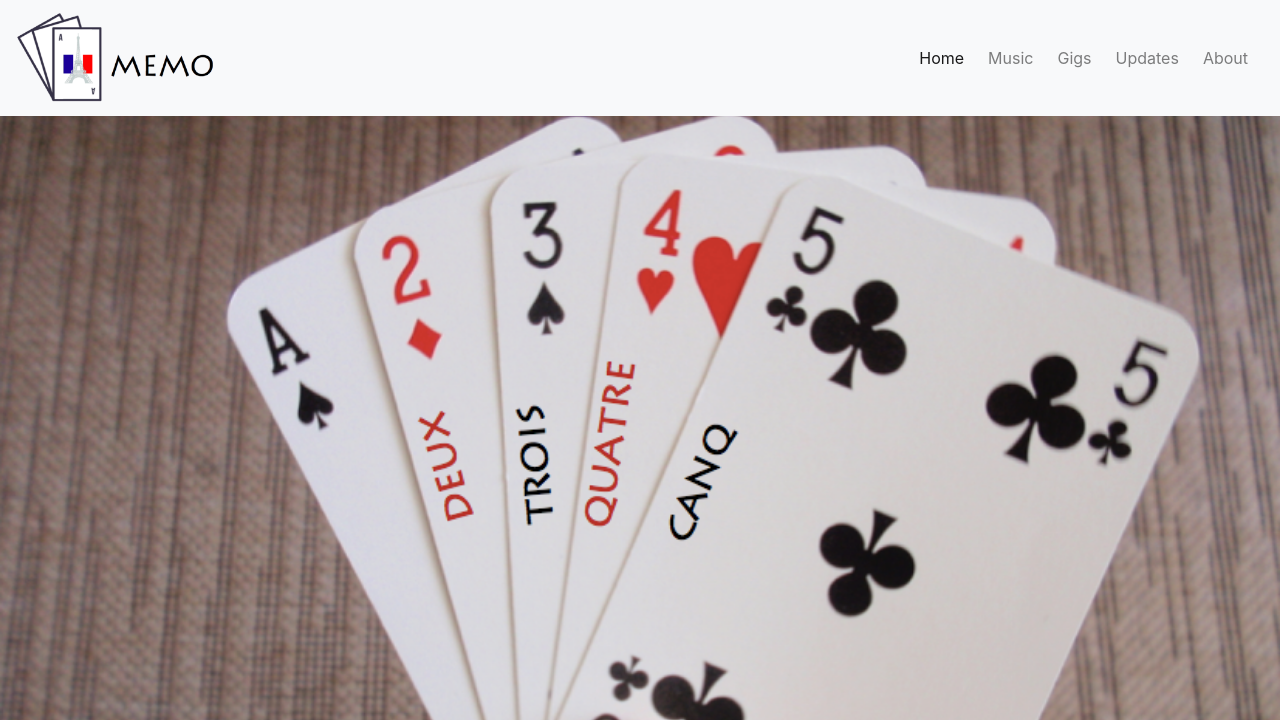
Repository: farahroslend/memofrancais
Page: landingPage.html
The author's editor kept a record of every edit. The page is drawn from the files as they stood at one moment, then again after the next edit.
The browser window is 1280 px wide. The pictures show the whole page.
Backgrounds fixed to the window are drawn as part of the page.

Above is the page before.
Not found: css/styler.css

### landingPage.html
<!DOCTYPE html>
<html lang="en">

<head>
    <meta charset="UTF-8">
    <meta name="viewport" content="width=device-width, initial-scale=1.0">
    <meta http-equiv="X-UA-Compatible" content="ie=edge">
    <link rel="stylesheet" href="https://maxcdn.bootstrapcdn.com/bootstrap/4.1.3/css/bootstrap.min.css">

    <!-- Add icon library -->
    <link rel="stylesheet" href="https://cdnjs.cloudflare.com/ajax/libs/font-awesome/4.7.0/css/font-awesome.min.css">
    <link href="https://fonts.googleapis.com/css?family=Anton|Dancing+Script|Luckiest+Guy&display=swap" rel="stylesheet">
    <link rel="stylesheet" href="https://maxcdn.bootstrapcdn.com/font-awesome/4.7.0/css/font-awesome.min.css">
    <link rel="stylesheet" href="css/styler.css" type="text/css">


    <style type="text/css">
        .bgimg {
            background-image: url('./visuals/lpPic1.png');
            height: 100vh;
            width: 100%;
            background: url('./visuals/lpPic1.png') no-repeat center center fixed;
            background-position-y: 55px;
            background-position-x: 0px;
            -webkit-background-size: cover;
            -moz-background-size: cover;
            -o-background-size: cover;
            background-size: cover;

            display: flex;
            align-items: center;
            justify-content: center;

            position: relative;
        }

        .navbar {
            width: 100vw;
            position: fixed;
            z-index: 2;

        }
    </style>

    <title>MEMO</title>
</head>

<body>
    <!---------------------------------------------------------------------- Nav bar -->
    <nav class="navbar navbar-light navbar-expand-sm bg-light navfixed">
        <!-- <a href="/" class="navbar-brand">Whiskey Drop</a> -->
        <a href="index.html" class="navbar-brand"><img src="./visuals/memologo5.png" alt="" height="90"></a>
        <button class="navbar-toggler ml-2" type="button" data-toggle="collapse" data-target="#navbarNavDropdown" aria-controls="navbarNavDropdown" aria-expanded="false" aria-label="Toggle navigation">
            <span class="navbar-toggler-icon"></span></button>
        <div class="collapse navbar-collapse" id="navbarNavDropdown">
            <ul class="navbar-nav ml-auto">
                <li class="active nav-item mr-2"><a class="nav-link" href="index.html">Home</a></li>
                <li class="nav-item mr-2"><a class="nav-link" href="#music">Music</a></li>
                <li class="nav-item mr-2"><a class="nav-link" href="#gigs">Gigs</a></li>
                <li class="nav-item mr-2"><a class="nav-link" href="#bottom">Updates</a></li>
                <li class="nav-item mr-2"><a class="nav-link" href="about.html">About</a></li>
                <!-- <li class="nav-item mr-2 d-block d-sm-none"><a class="nav-link" href="">Sign In / Sign Up</a></li> -->
            </ul>
        </div>
    </nav>

    <!---------------------------------------------------------------------- Callout -->
    <div class="container-fluid callout-container bgimg">
        <div class="opaque-overlay">&nbsp;</div>
    </div>

    <!---------------------------------------------------------------------- /.callout -->

</body>

</html>

### styler.css
.callout-container {

    height: 100vh;
    width: 100%;
    background: url('./visuals/lpPic1.png') no-repeat center center fixed;
    background-position-y: 56px;
    background-position-x: 0px;
    -webkit-background-size: cover;
    -moz-background-size: cover;
    -o-background-size: cover;
    background-size: cover;

    display: flex;
    align-items: center;
    justify-content: center;

    position: relative;
}

.example{
	background-image: url('../visuals/lpPic1.png');
	background-position:center;
	background-repeat:no-repeat;
	background-size:cover;
	height:200px;
	width:200px;
}

.navbar {
            width: 100vw;
            position: fixed;
            z-index: 2;
        }

After the next edit:
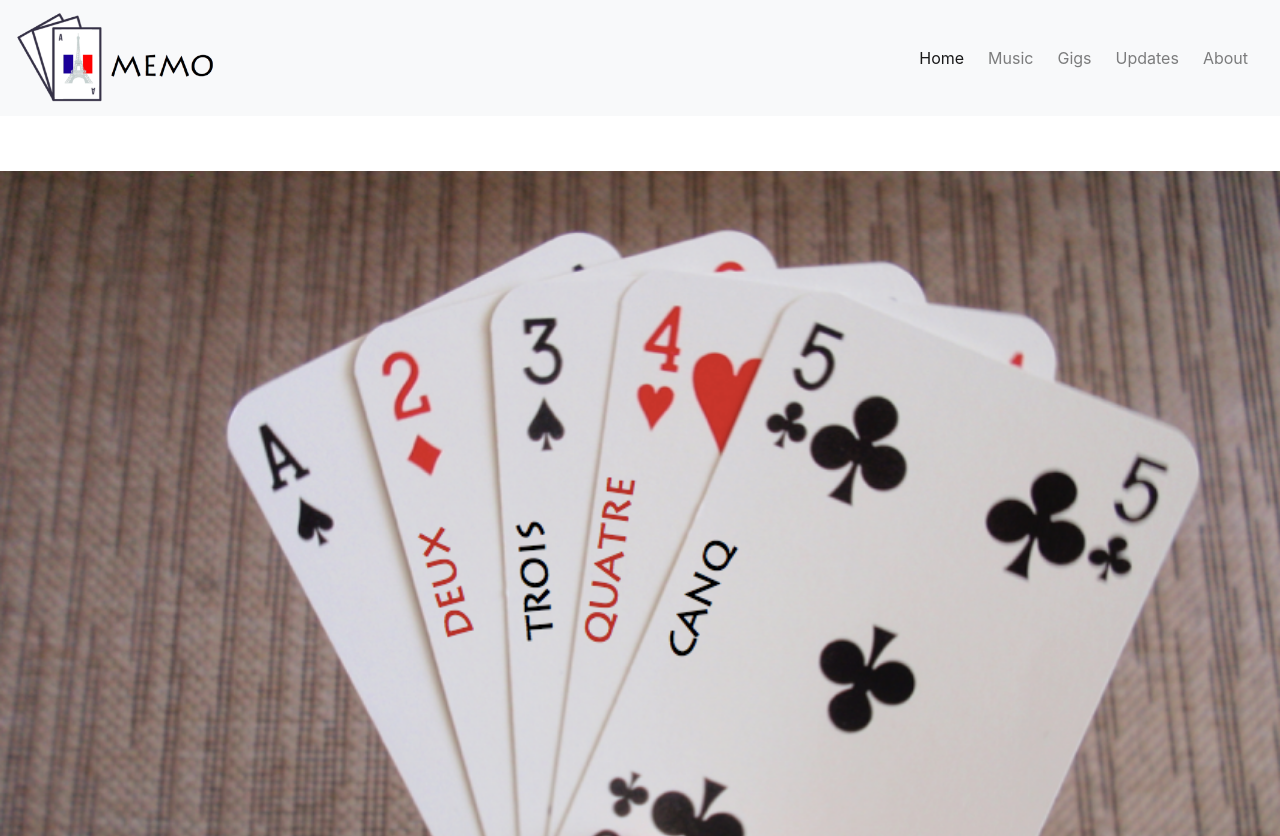
The edit:
--- a/landingPage.html
+++ b/landingPage.html
@@ -34,12 +34,7 @@
             position: relative;
         }
 
-        .navbar {
-            width: 100vw;
-            position: fixed;
-            z-index: 2;
 
-        }
     </style>
 
     <title>MEMO</title>

After the edit that followed:
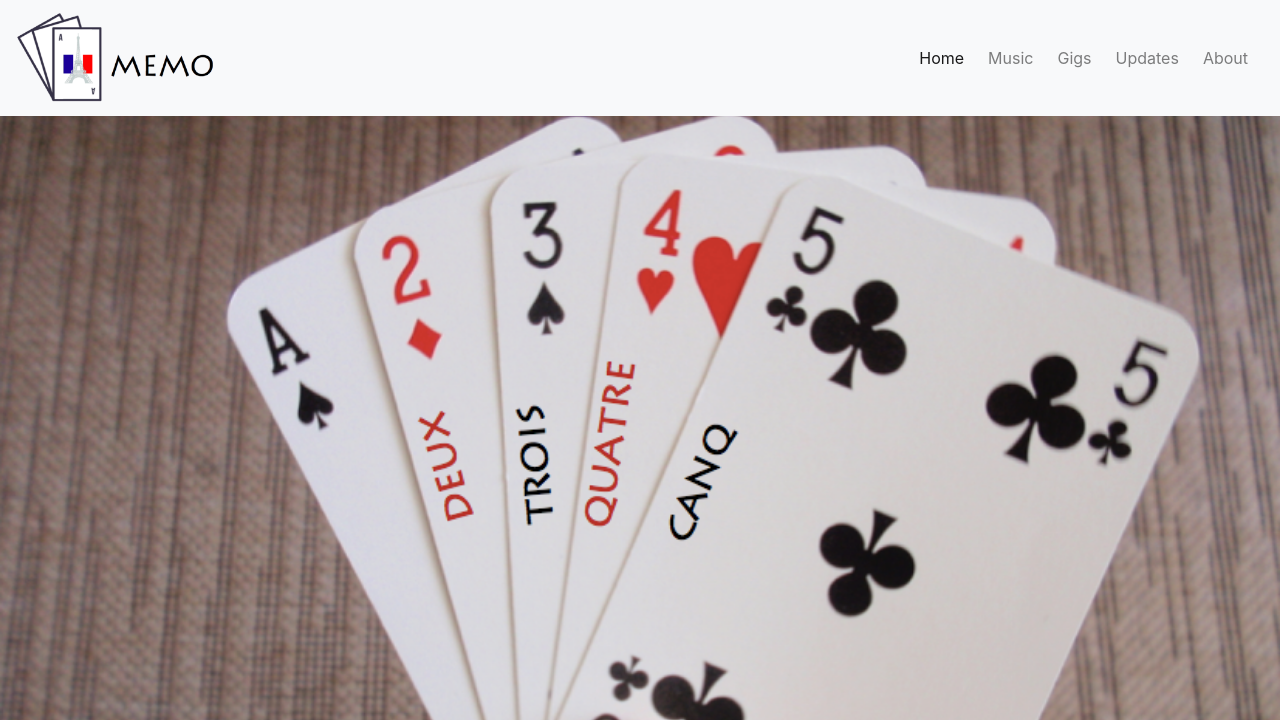
The edit:
--- a/landingPage.html
+++ b/landingPage.html
@@ -11,7 +11,7 @@
     <link rel="stylesheet" href="https://cdnjs.cloudflare.com/ajax/libs/font-awesome/4.7.0/css/font-awesome.min.css">
     <link href="https://fonts.googleapis.com/css?family=Anton|Dancing+Script|Luckiest+Guy&display=swap" rel="stylesheet">
     <link rel="stylesheet" href="https://maxcdn.bootstrapcdn.com/font-awesome/4.7.0/css/font-awesome.min.css">
-    <link rel="stylesheet" href="css/styler.css" type="text/css">
+    <link rel="stylesheet" href="styler.css" type="text/css">
 
 
     <style type="text/css">
